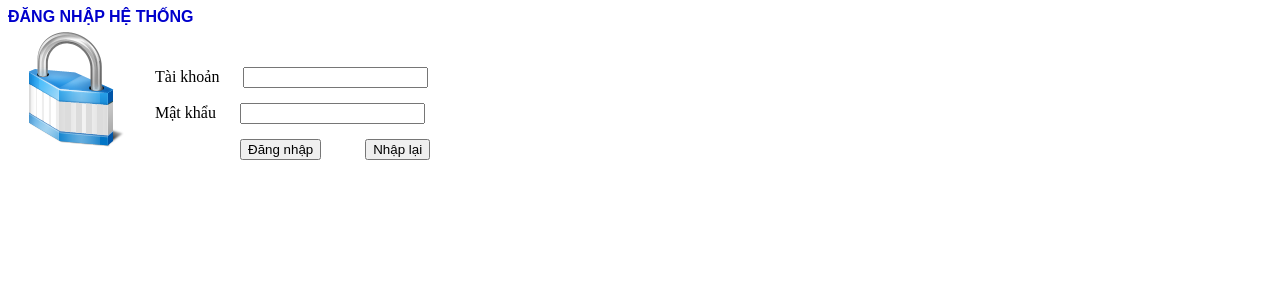
Repository: AnhDuc0125/HTML-Aptech
Page: bt2092/index.html
The author's editor kept a copy of each file at every save. The page is drawn from the files as they stood at one save, then again after the next save.
The browser window is 1280 px wide. The pictures show the whole page.

Above is the page before, as saved 2021-12-03 20:12:33.

### bt2092/index.html
<!DOCTYPE html>
<html lang="en">
<head>
    <meta charset="UTF-8">
    <meta http-equiv="X-UA-Compatible" content="IE=edge">
    <meta name="viewport" content="width=device-width, initial-scale=1.0">
    <link rel="stylesheet" href="style.css">
    <title>Test</title>
</head>
<body>
    <div class="container">
        <div class="text">Đăng nhập hệ thống</div>
        <img src="./photos/login.png" alt="">
        <div class="login">
            <div class="form-control">
                <label for="">Tài khoản</label>
                <input type="text">
            </div>
            <div class="form-control">
                <label for="">Mật khẩu</label>
                <input type="text">
            </div>
            <button>Đăng nhập</button>
            <button>Nhập lại</button>
        </div>
    </div>
</body>
</html>

### bt2092/style.css
.text {
    text-transform: uppercase;
    color: #0000cc;
    font-weight: bold;
    font-family: Arial, Helvetica, sans-serif;
}

.img, .login {
    display: inline-block;
}

.login {
    margin: 15px;

}

.form-control {
    margin-bottom: 15px;
}

input {
    margin-left: 20px;
}

button {
    margin-left: 40px;
    transform: translateX(45px);
}

After the next save:
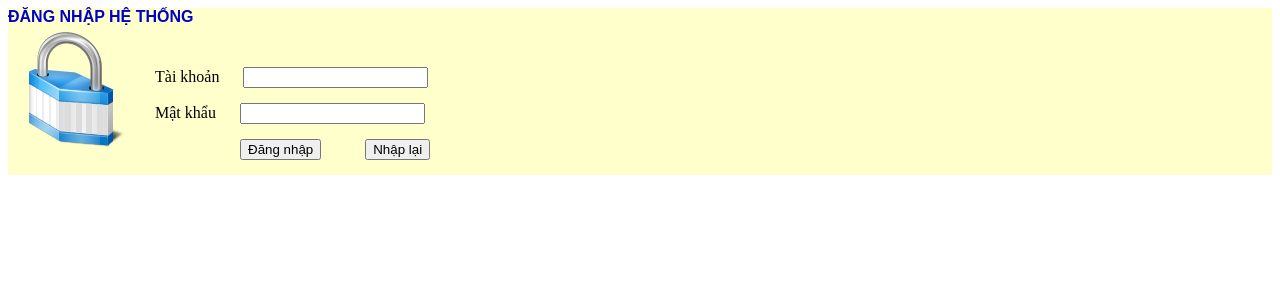
Saved 27 s later.
--- a/bt2092/style.css
+++ b/bt2092/style.css
@@ -1,3 +1,7 @@
+.container {
+    background-color: #FFFFCC;
+}
+
 .text {
     text-transform: uppercase;
     color: #0000cc;
